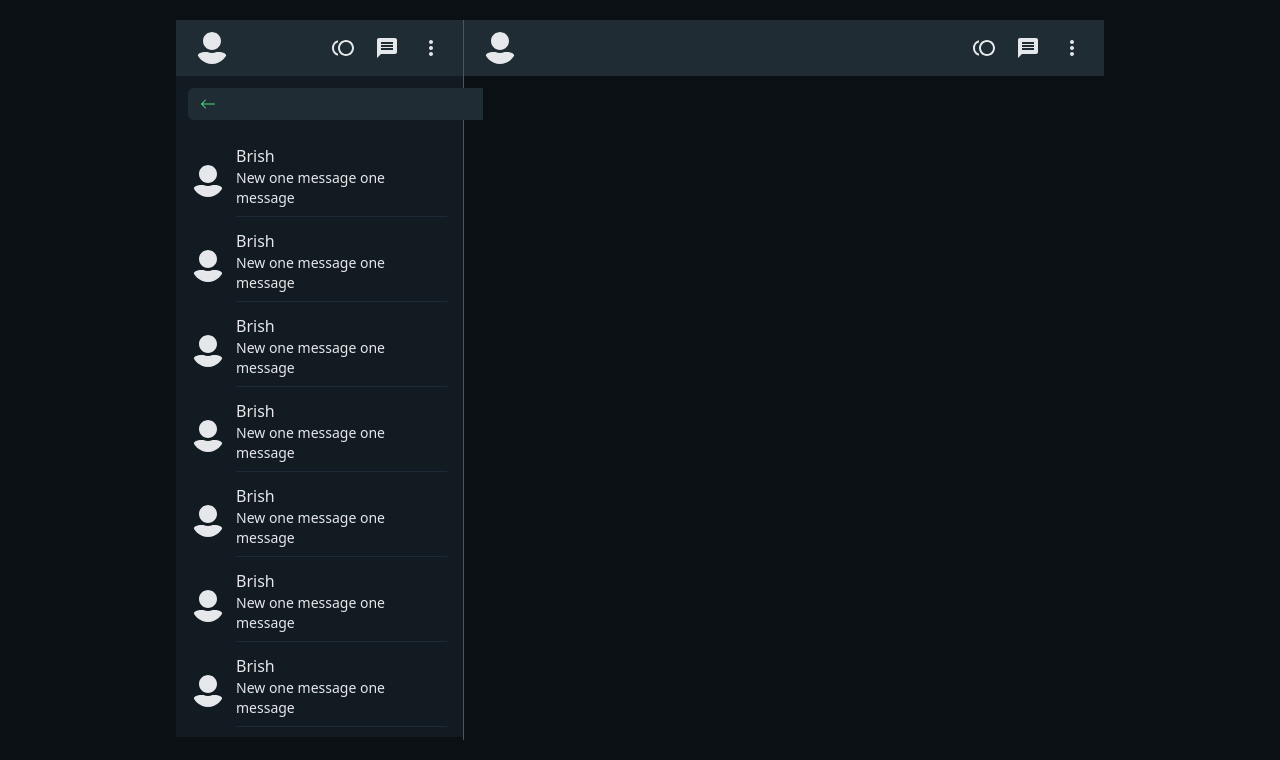
Repository: satya-ranjon/whatsapp-clone-dev
Page: /
These files come from the project's save history. The page is drawn as it stood at one moment and after the next save; the edit follows.
The browser window is 1280 px wide. The pictures show the whole page.
The project was rebuilt for these pictures with package versions that can differ from the ones it lists, and the page was loaded fresh each time.

Above is the page before, as saved 2022-04-09 07:39:43.

### src/index.js
import * as ReactDOMClient from "react-dom/client";
import { BrowserRouter } from "react-router-dom";
import App from "./App";
import "./index.css";

const root = ReactDOMClient.createRoot(document.getElementById("root"));
root.render(
  <BrowserRouter>
    <App />
  </BrowserRouter>
);

### src/App.js
import ChatContainer from "./Components/ChatContainer";
import SideBar from "./Components/SideBar";

function App() {
  return (
    <div className="lg:p-5 lg:px-44 bg-[#0a1014] flex">
      <SideBar />
      <ChatContainer />
    </div>
  );
}

export default App;

### src/index.css
@tailwind base;
@tailwind components;
@tailwind utilities;

.hoverEf {
  overflow: hidden;
  right: -100%;
  transition: all 0.4s;
}

.hoverbtn:hover .hoverEf {
  right: -0%;
}

### src/Components/ChatContainer.jsx
import React from "react";
import ChatHeader from "./ChatHeader";

export default function ChatContainer() {
  return (
    <div className="text-white h-screen w-full">
      <ChatHeader />
    </div>
  );
}

### src/Components/SideBar.jsx
import React from "react";
import { MdToll, MdMoreVert, MdMessage } from "react-icons/md";
import { FaUserAlt } from "react-icons/fa";
import SideBarUseList from "./SideBarUseList";

export default function SideBar() {
  return (
    <div className="w-72 border-r-[.1px] border-r-gray-600">
      <div className="flex justify-between font-semibold text-2xl px-5 py-3 bg-[#202c33] text-gray-200">
        <div>
          <FaUserAlt className="rounded-full w-8 h-8" />
          {/* <img
            className="rounded-full w-8 h-8 "
            src="https://images.pexels.com/photos/220453/pexels-photo-220453.jpeg?cs=srgb&dl=pexels-pixabay-220453.jpg&fm=jpg"
            alt=""
          /> */}
        </div>
        <div className="flex justify-between space-x-5 cursor-pointer my-auto">
          <MdToll />
          <MdMessage />
          <MdMoreVert />
        </div>
      </div>
      <SideBarUseList />
    </div>
  );
}

### src/Components/ChatHeader.jsx
import React from "react";
import { MdToll, MdMoreVert, MdMessage } from "react-icons/md";
import { FaUserAlt } from "react-icons/fa";

export default function ChatHeader() {
  return (
    <div className="flex justify-between font-semibold text-2xl px-5 py-3 bg-[#202c33] text-gray-200">
      <div>
        <FaUserAlt className="rounded-full w-8 h-8" />
        {/* <img
            className="rounded-full w-8 h-8 "
            src="https://images.pexels.com/photos/220453/pexels-photo-220453.jpeg?cs=srgb&dl=pexels-pixabay-220453.jpg&fm=jpg"
            alt=""
          /> */}
      </div>
      <div className="flex justify-between space-x-5 cursor-pointer my-auto">
        <MdToll />
        <MdMessage />
        <MdMoreVert />
      </div>
    </div>
  );
}

### src/Components/SideBarUseList.jsx
import React, { useState } from "react";
import { FaUserAlt } from "react-icons/fa";
import { BsChevronDown, BsArrowLeft } from "react-icons/bs";
import { AiOutlineSearch } from "react-icons/ai";

const array = [
  1, 1, 1, 1, 1, 1, 1, 1, 1, 1, 1, 1, 1, 1, 1, 1, 1, 1, 1, 1, 1, 1, 1, 1, 1, 1,
  1, 1, 1, 1, 1, 1, 1, 1, 1, 1, 1, 1, 1, 1, 1, 1, 1, 1, 1, 1, 1, 1, 1, 1, 1, 1,
  1, 1, 1, 1, 1, 1, 1, 1, 1, 1, 1, 1, 1, 1, 1, 1, 1,
];

export default function SideBarUseList() {
  const [toogle, setToogle] = useState(true);

  return (
    <>
      <div className="bg-[#111b21] flex justify-center p-3">
        <div
          className="pl-14 rounded-md w-full bg-[#202c33] relative"
          onClick={() => setToogle(true)}
          onMouseOut={() => setToogle(false)}
        >
          <input
            type="text"
            id="search"
            className="bg-[#202c33]  p-1 outline-none text-gray-300  "
          />
          <label
            htmlFor="search"
            className="absolute left-3 bottom-2 text-gray-300 my-auto"
          >
            {(toogle && (
              <BsArrowLeft className="text-green-400 font-semibold" />
            )) || <AiOutlineSearch />}
          </label>
        </div>
      </div>
      <div className="bg-[#111b21] overflow-y-scroll scroll-my-1 h-[88vh] lg:h-[84vh] scrollbar scrollbar-thumb-gray-400 scrollbar-thin text-gray-200 duration-500 transition-all">
        {array.map((i, index) => (
          <div
            key={index}
            className="px-4 py-3 pb-0 flex justify-start hover:bg-[#2a394294] cursor-pointer duration-500 transition-all relative hoverbtn overflow-hidden"
          >
            <div className="my-auto">
              <FaUserAlt className="w-8 h-8 rounded-full" />
            </div>
            <div className="flex flex-col my-auto w-full ml-3 border-b-[1px] border-b-gray-800 pb-2">
              <p>Brish</p>
              <p className="text-sm">New one message one message</p>
            </div>

            <div className=" absolute px-5 bg-[#2a3942a8] bottom-2 text-xl hoverEf">
              <BsChevronDown />
            </div>
          </div>
        ))}
      </div>
    </>
  );
}

### tailwind.config.js
module.exports = {
  content: ["./src/**/*.{js,jsx,ts,tsx}"],
  theme: {
    extend: {},
  },
  plugins: [require("tailwind-scrollbar")],
};

Loaded but not shown: public/index.html (common file)

After the next save:
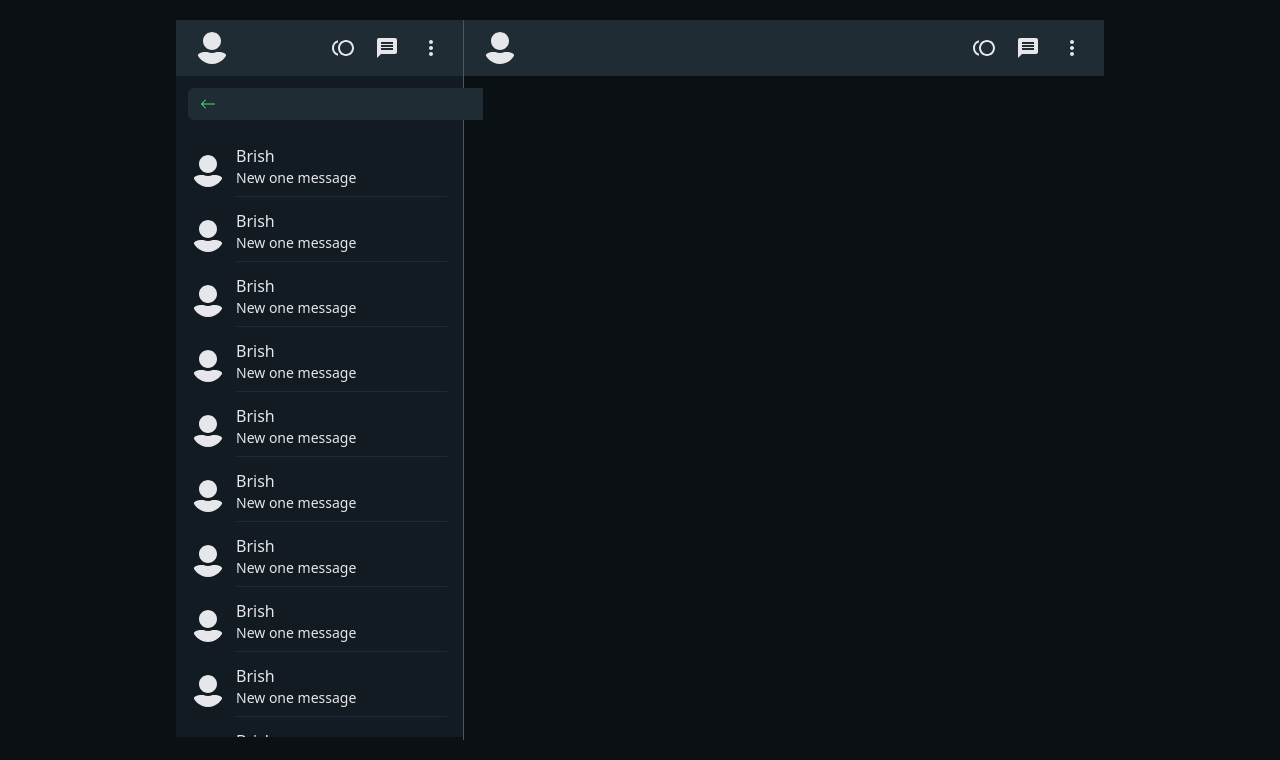
Saved 52 s later.
--- a/src/Components/SideBarUseList.jsx
+++ b/src/Components/SideBarUseList.jsx
@@ -46,7 +46,7 @@ export default function SideBarUseList() {
             </div>
             <div className="flex flex-col my-auto w-full ml-3 border-b-[1px] border-b-gray-800 pb-2">
               <p>Brish</p>
-              <p className="text-sm">New one message one message</p>
+              <p className="text-sm">New one message </p>
             </div>
 
             <div className=" absolute px-5 bg-[#2a3942a8] bottom-2 text-xl hoverEf">
